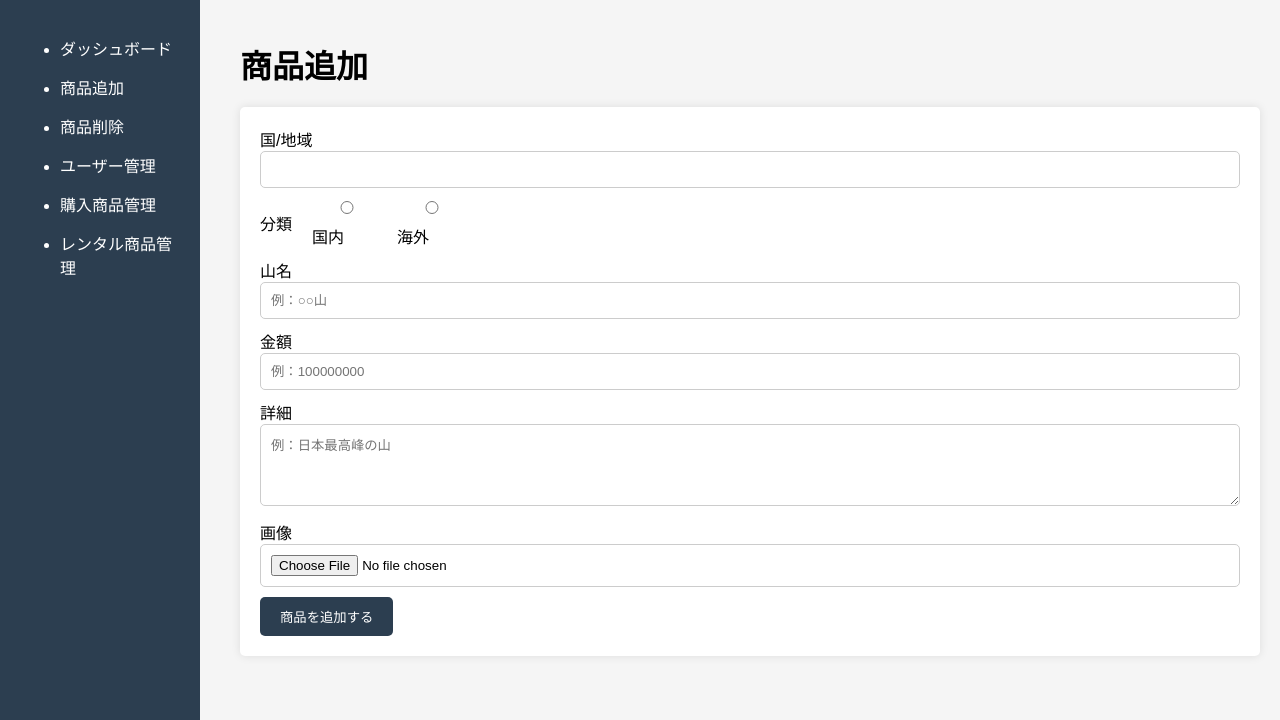
Repository: magome112/Oasis2024920
Page: http://localhost/_12_kanri.shohin.php
An editor plug-in stored every save of this project. The page is shown before and after the next save, followed by the edit.
The browser window is 1280 px wide. The pictures show the whole page.
The page is run by PHP 8.4 with error messages shown; the project is at /var/www/html/.

Above is the page before, as saved 2024-12-06 12:27:09.

After the next save:
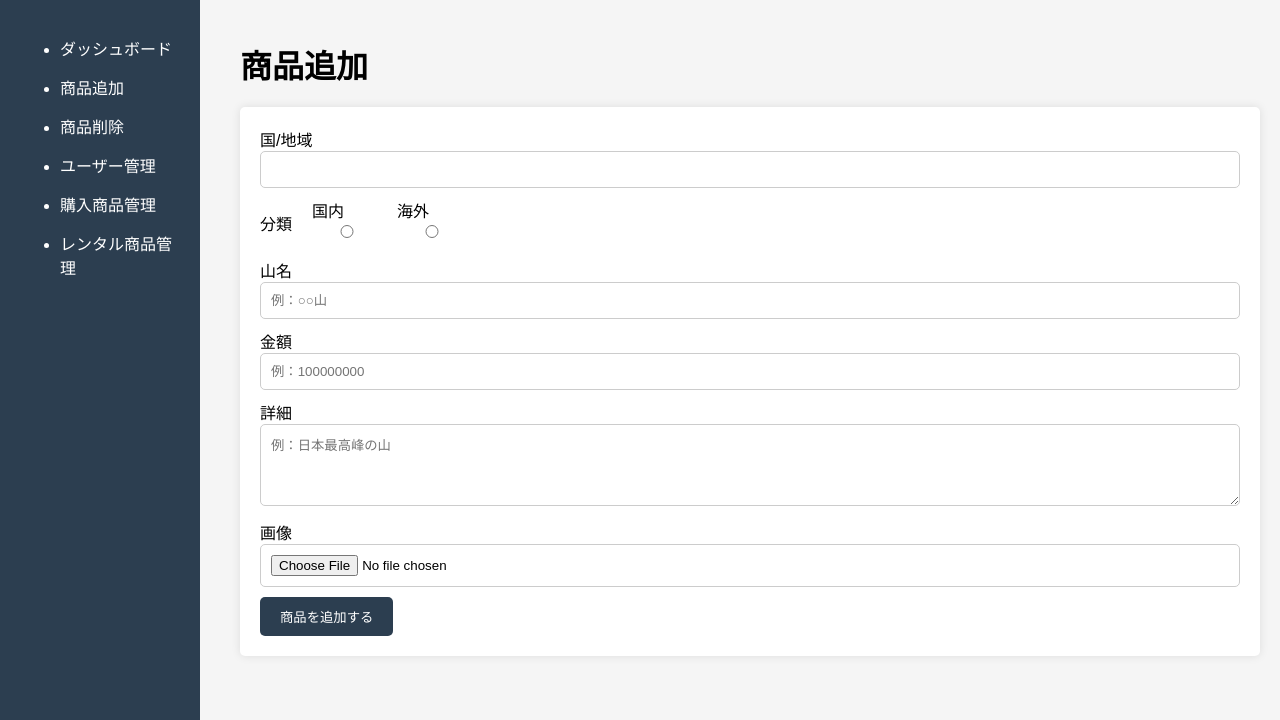
Saved 113 s later.
--- a/_12_kanri.shohin.php
+++ b/_12_kanri.shohin.php
@@ -113,7 +113,7 @@
             border-radius: 5px;
             box-shadow: 0 0 10px rgba(0, 0, 0, 0.1);
         }
-                input, textarea {
+        input, textarea {
             width: 100%;
             padding: 10px;
             margin-bottom: 10px;
@@ -177,8 +177,8 @@
 
         <div class="radio-group">
             <label>分類</label>
-            <span><input type="radio" name="Region" value="0" id="domestic" required><label for="domestic">国内</label></span>
-            <span><input type="radio" name="Region" value="1" id="overseas"><label for="overseas">海外</label></span>
+            <span><label for="domestic">国内</label><input type="radio" name="Region" value="0" id="domestic" required></span>
+            <span><label for="overseas">海外</label><input type="radio" name="Region" value="1" id="overseas"></span>
         </div>
 
         <label for="yama_name">山名</label>

After the save that followed:
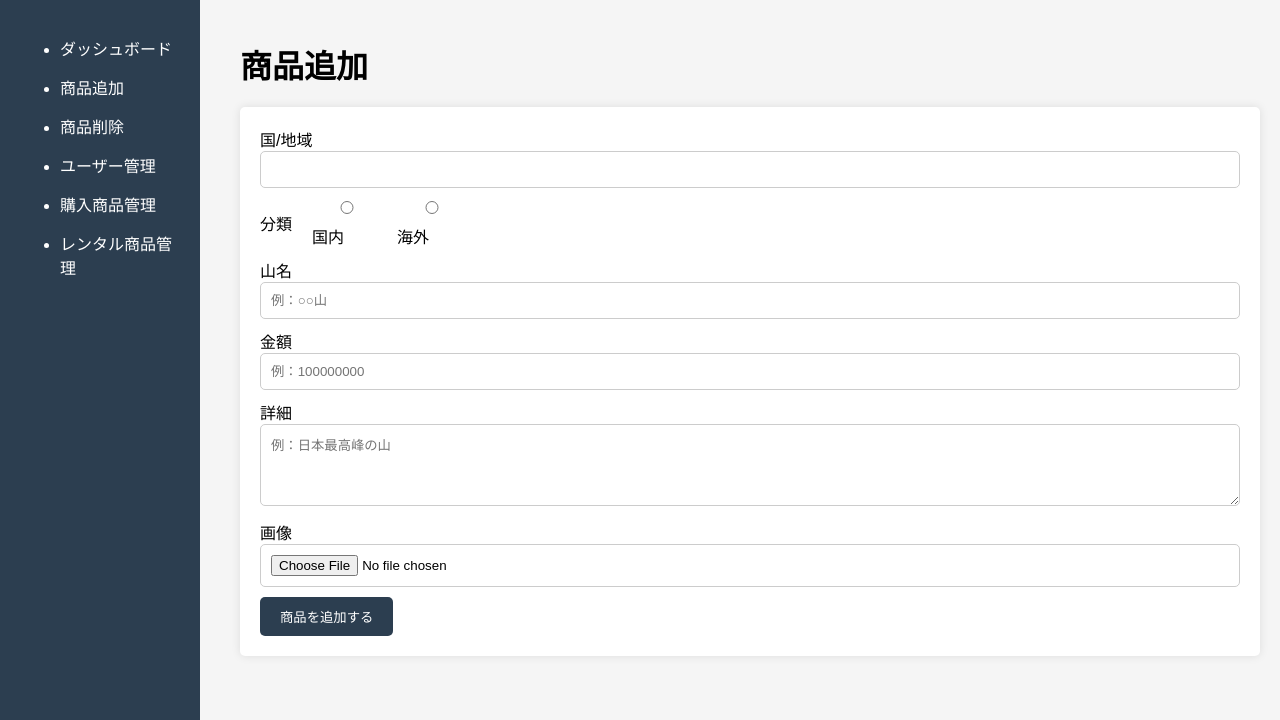
Saved 24 s later.
--- a/_12_kanri.shohin.php
+++ b/_12_kanri.shohin.php
@@ -177,8 +177,8 @@
 
         <div class="radio-group">
             <label>分類</label>
-            <span><label for="domestic">国内</label><input type="radio" name="Region" value="0" id="domestic" required></span>
-            <span><label for="overseas">海外</label><input type="radio" name="Region" value="1" id="overseas"></span>
+            <span><input type="radio" name="Region" value="0" id="domestic" required><label for="domestic">国内</label></span>
+            <span><input type="radio" name="Region" value="1" id="overseas"><label for="overseas">海外</label></span>
         </div>
 
         <label for="yama_name">山名</label>
